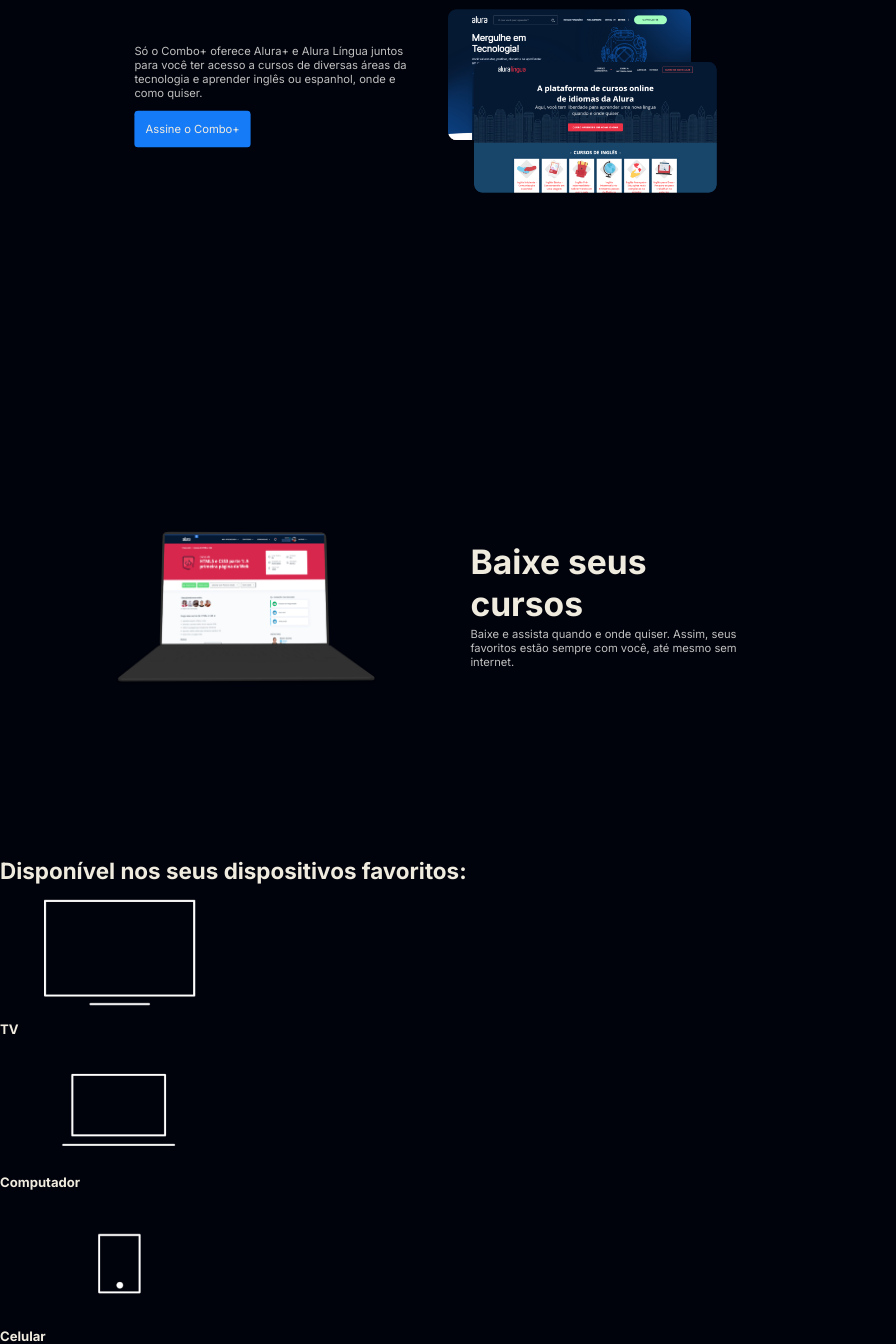
Repository: DamnDTX/praticando-font-end
Page: index.html
The author's editor kept a copy of each file at every save. The page is drawn from the files as they stood at one save, then again after the next save.
The browser window is 1280 px wide. The pictures show the part of the page from y = 1656 to 3576 px (the page is 3576 px tall before and 3138 px after), at 70% of full size.

Above is the page before, as saved 2023-07-18 14:27:23.

After the next save:
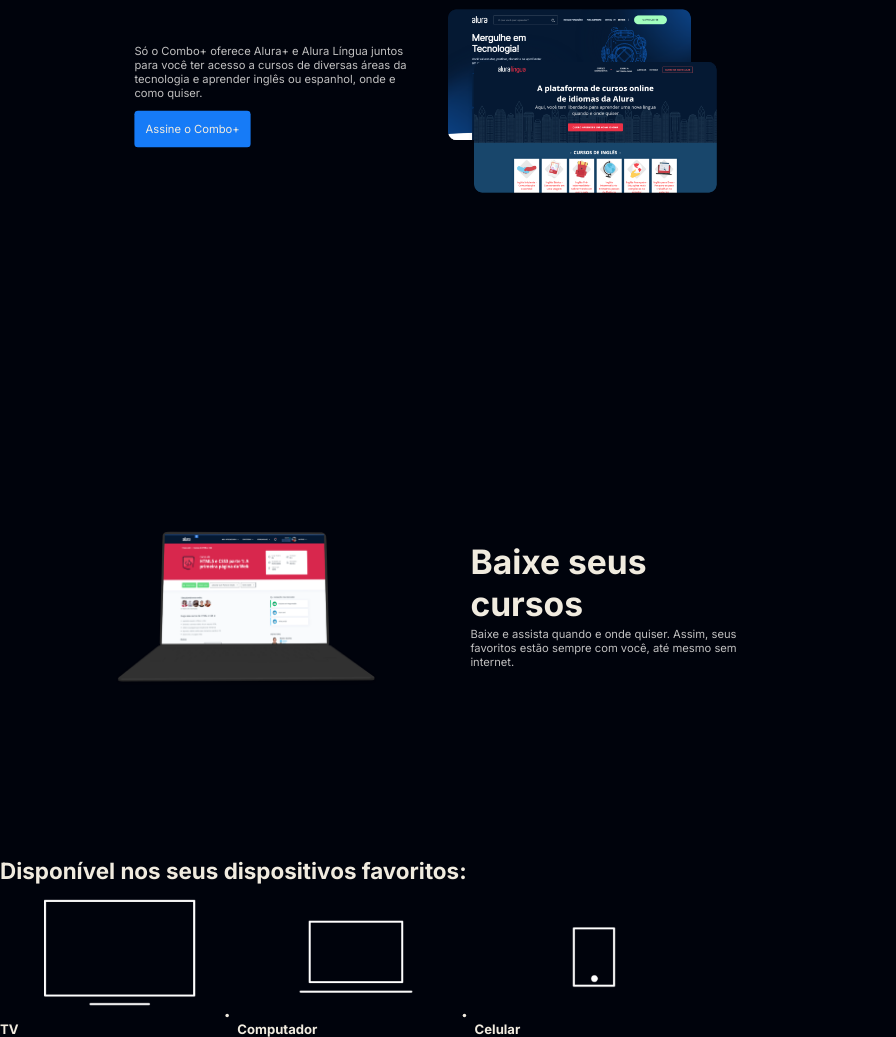
Saved 22 s later.
--- a/styles.css
+++ b/styles.css
@@ -95,7 +95,7 @@
     padding: 2em;
 }
 
-dispositivos__lista{
+.dispositivos__lista{
 display: flex;
 }
 
